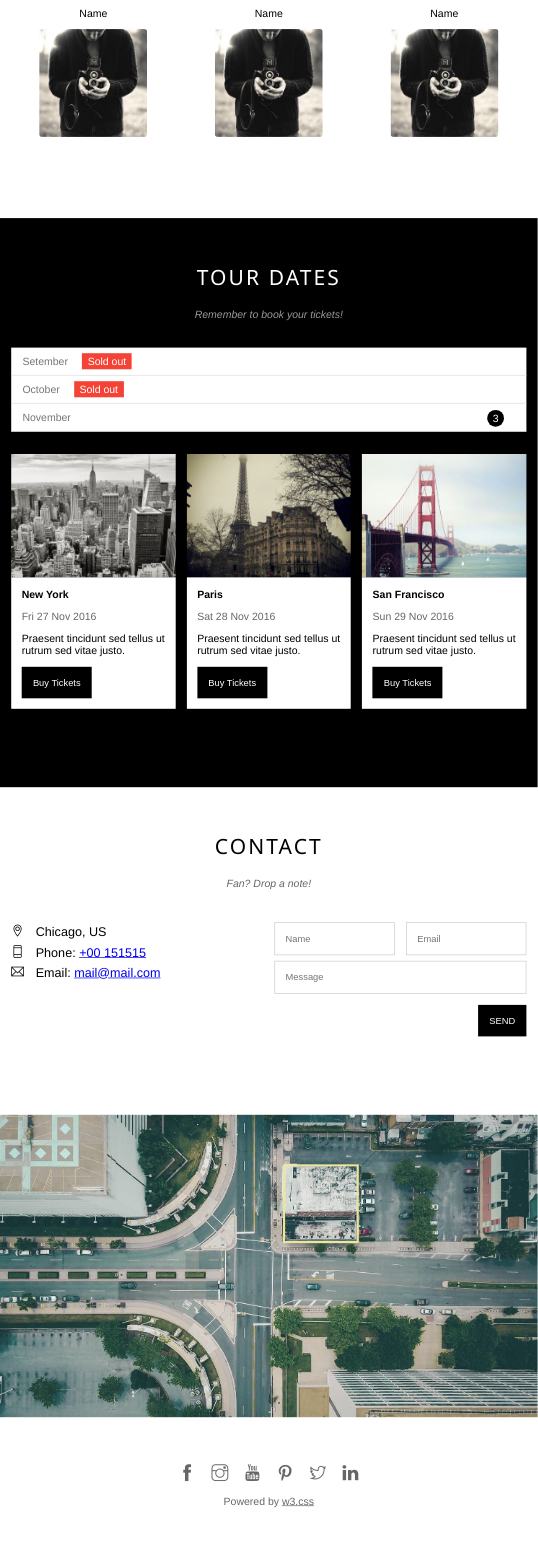
Repository: Lehau79/w3_band
Page: index.html
These files come from the project's save history. The page is drawn as it stood at one moment and after the next save; the edit follows.
The browser window is 768 px wide. The pictures show the part of the page from y = 792 to 3032 px (the page is 3008 px tall before and 3032 px after), at 70% of full size.

Above is the page before, as saved 2021-11-21 17:09:55.

After the next save:
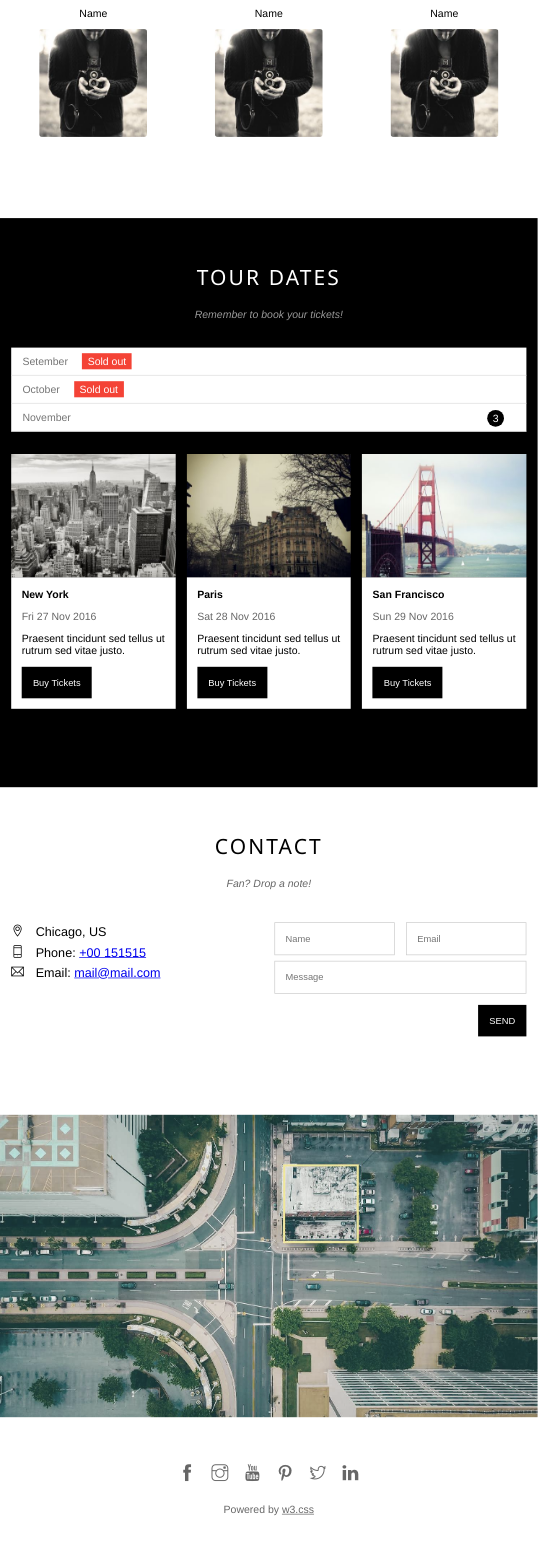
Saved 94 s later.
--- a/assets/css/responsive.css
+++ b/assets/css/responsive.css
@@ -19,6 +19,11 @@
 
     #footer .socials-list a {
         margin: 0 8px;
+    }
+
+    #footer .copyright a {
+        padding:12px 0;
+        display: inline-block;
     }
 }
 /* Tablet */
